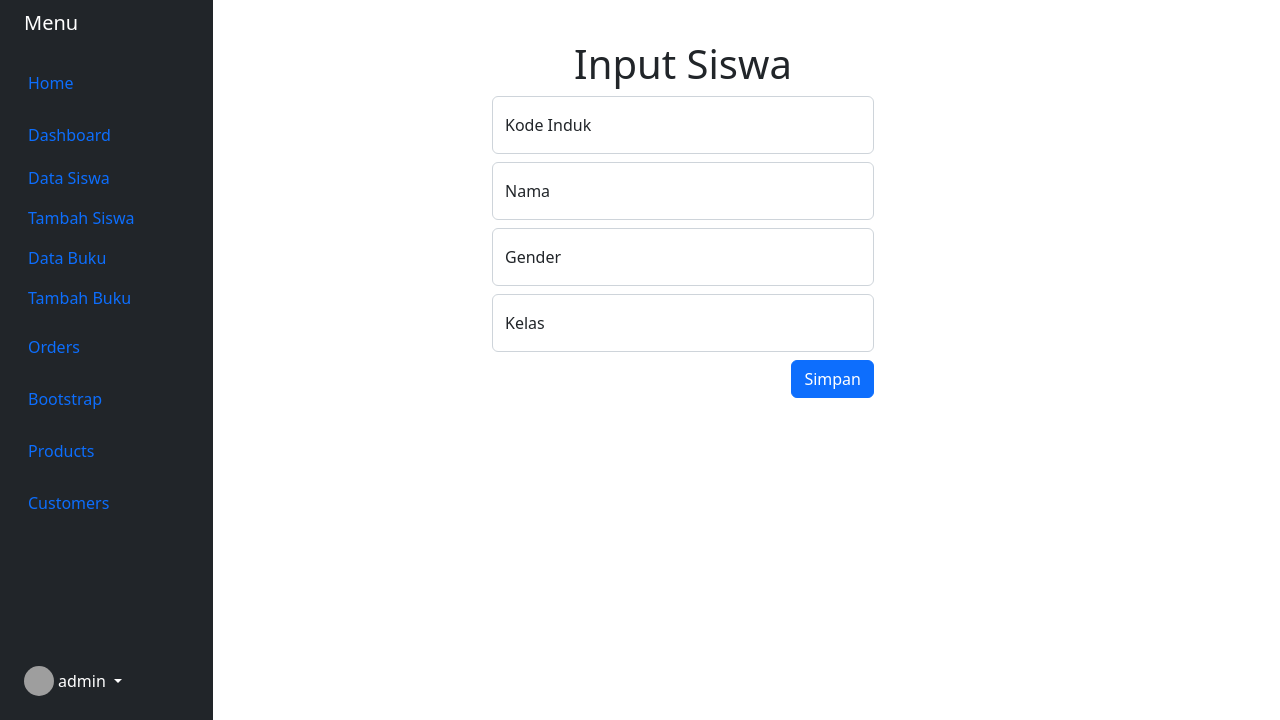
Repository: ervina991/uas-headless-cms
Page: /admin/buku-gql/createbuku
These files come from the project's save history. The page is drawn as it stood at one moment and after the next save; the edit follows.
The browser window is 1280 px wide. The pictures show the whole page.
Pictures or frames that could not be fetched are drawn as grey boxes. The project was rebuilt for these pictures with package versions that can differ from the ones it lists, and the page was loaded fresh each time. The framework's server and built-in components were replaced by stand-ins that run in the browser. Also part of the build but not shown: next.config.js.

Above is the page before, as saved 2023-01-16 20:53:59.

After the next save:
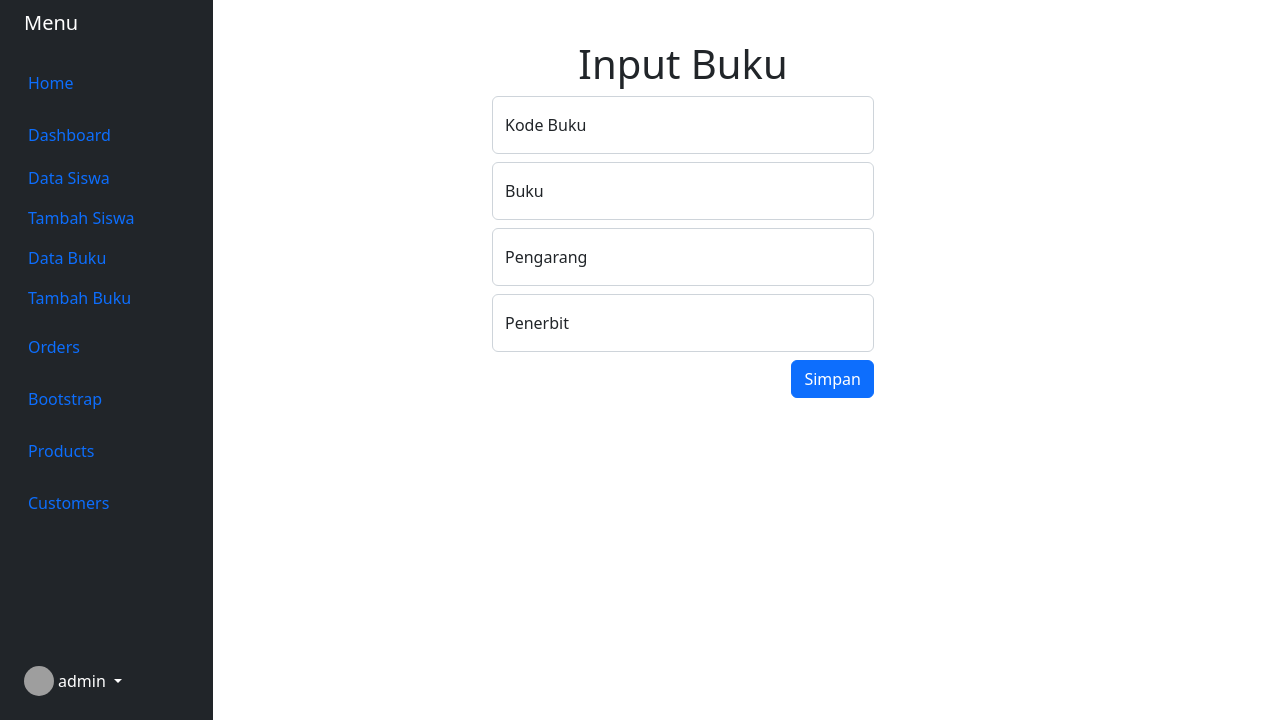
Saved 22 s later.
--- a/pages/admin/buku-gql/createbuku.jsx
+++ b/pages/admin/buku-gql/createbuku.jsx
@@ -1,14 +1,14 @@
 
 import React from 'react';
 import AdminLayout from '../../../components/admin/AdminLayout';
-import CreateSiswa from '../../../components/admin/siswa-gql/CreateSiswa';
+import CreateBuku from '../../../components/admin/buku-gql/CreateBuku';
 
-const createsiswa = () => {
+const createbuku = () => {
     return (
         <AdminLayout>
-            <CreateSiswa />
+            <CreateBuku />
         </AdminLayout>
     );
 };
 
-export default createsiswa;
+export default createbuku;
